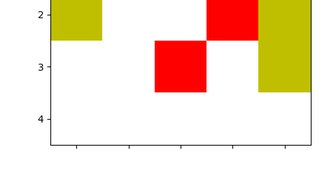
Repository: eduardodut/Trabalho_final_estatistica_cd
Script's output: python src/Simulador.py
These files come from the project's save history. The script's output is drawn as it stood at one moment and after the next save; the edit follows.
The pictures show rows 1214 to 3454 of an output 1464 px tall, at 70% of full size.
Each picture stacks the figures in order, with grey between them; figures that are only written to a file come last. The script is stopped after its 8th figure. Random numbers start from a fixed seed.

Above is the script's output before, as saved 2020-07-12 15:21:16.

### src/Simulador.py
import pandas as pd
import numpy as np
from Matriz_esferica import Matriz_esferica
from Individuo import Individuo, Fabrica_individuo
import random
from itertools import permutations
import matplotlib.pyplot as plt
from matplotlib.colors import ListedColormap
from scipy.sparse import csr_matrix, lil_matrix




class Simulador():
    SADIO = 0
    INFECTADO_TIPO_1 = 1 #assintomáticos e o infectado inicial
    INFECTADO_TIPO_2 = 2 #sintomático
    CURADO = 3
    MORTO = 4

    def __init__(
        self,
        tamanho_matriz,                 #numero de linhas e colunas da matriz esférica
        percentual_inicial_tipo1,       #percentual inicial da população que será infectada tipo 1
        percentual_inicial_tipo2,       #percentual inicial da população que será infectada tipo 2
        chance_infeccao,                #chance que um infectado tipo 2 tem de infectar um indivíduo saudável
        chance_infeccao_tipo2,          #chance de um indivíduo infectado se tornar contagioso
        chance_morte,                   #chance de um indivíduo tipo 2 morrer ao fim de uma atualização
        atualizacoes_cura):             #número de atualizações necessárias para a cura de um indivíduo tipo 1 ou 2

        self.num_atualizacoes = 0
        self.lista_infectados_tipo_2 = []
        self.lista_infectados_tipo_1 = []
        self.num_curados = 0
        self.num_mortos = 0

        self.chance_infeccao = chance_infeccao
        self.chance_infeccao_tipo2 = chance_infeccao_tipo2
        self.chance_morte = chance_morte
        self.atualizacoes_cura = atualizacoes_cura

        self.populacao_inicial = int(tamanho_matriz**2)
        self.num_inicial_tipo2 = int(self.populacao_inicial * percentual_inicial_tipo2)
        self.num_inicial_tipo1 = 1 + int(self.populacao_inicial * percentual_inicial_tipo1)
        self.num_inicial_sadios = self.populacao_inicial - (self.num_inicial_tipo2 + self.num_inicial_tipo1)

        self.matriz_status =lil_matrix((tamanho_matriz, tamanho_matriz),dtype= np.uint8) # np.zeros((tamanho_matriz, tamanho_matriz),dtype= np.uint8)#
        self.matriz_atualizacoes_cura = lil_matrix((tamanho_matriz, tamanho_matriz),dtype= np.uint8)#np.zeros((tamanho_matriz, tamanho_matriz),dtype= np.uint8)#



        #self.matriz_status = self.df_individuos.to_numpy()
        self.popular(tamanho_matriz)

        self.lista_matrizes_status = []


        #objeto que é responsável por validar a movimentação no grid n x n
        self.matriz_esferica = Matriz_esferica(tamanho_matriz)




        dict = {
                'num_sadios':self.num_inicial_sadios,
                'num_infect_t1':self.num_inicial_tipo1,
                'num_infect_t2':self.num_inicial_tipo2,
                'num_curados':0,
                'num_mortos':0}



        #dataframe que guardará os resultados de cada atualização
        self.dataframe = pd.DataFrame(dict,index = [0])
        self.salvar_posicionamento()


    def criar_individuo(self, status, posicao):

        self.matriz_status[posicao[0], posicao[1]] = status
        if status == self.INFECTADO_TIPO_1 or status == self.INFECTADO_TIPO_2:
            self.matriz_atualizacoes_cura[posicao[0], posicao[1]] = self.atualizacoes_cura
        else:
            self.matriz_atualizacoes_cura[posicao[0], posicao[1]] = 0


    def salvar_posicionamento(self):

        self.lista_matrizes_status.append(self.matriz_status)


    def verificar_infeccao(self, lista_infectantes):
        lista_novos_infectados_tipo1 = []
        lista_novos_infectados_tipo2 = []
        #itera sobre sobre a lista de individuos que infectam e cada um realiza a tividade de infectar
        for indice_infectante in lista_infectantes:

            #busca os vizinhos do infectante atual
            lista_vizinhos = self.matriz_esferica.get_vizinhos(indice_infectante)

            #Para cada vizinho, se ele for sadio, é gerado um número aleatório para verificar se foi infectado
            for indice_vizinho in lista_vizinhos:

                #verificação de SADIO
                if self.verifica_status(indice_vizinho) == self.SADIO:
                    #verificação do novo status
                    novo_status = self.infectar(chance_infeccao, chance_infeccao_tipo2)
                    #se for um infectado tipo 1
                    if novo_status == Individuo.INFECTADO_TIPO_1:
                        #adiciona na lista de novos tipo 1
                        lista_novos_infectados_tipo1.append(indice_vizinho)
                    if novo_status == Individuo.INFECTADO_TIPO_2:
                        #adiciona na lista de novos tipo 2
                        lista_novos_infectados_tipo2.append(indice_vizinho)


        return lista_novos_infectados_tipo1, lista_novos_infectados_tipo2

    def checagem_morte_individual(self, chance_morte):
        rng_morte = random.random()
        if rng_morte <= chance_morte:

            return self.MORTO
        else:
            return self.INFECTADO_TIPO_2

    def checar_cura_individual(self, indice):

        self.matriz_atualizacoes_cura[indice[0], indice[1]] = self.matriz_atualizacoes_cura[indice[0], indice[1]] - 1
        if self.matriz_atualizacoes_cura[indice[0], indice[1]] == 0:
            return self.CURADO
        else:
            return self.matriz_status[indice[0], indice[1]]

    def checagem_morte_lista(self, lista_infectantes):
        lista_mortos = []
        for indice_infectante in lista_infectantes:
            novo_status = self.checagem_morte_individual(self.chance_morte)
            if novo_status == Individuo.MORTO:
                lista_mortos.append(indice_infectante)
        return lista_mortos


    def checagem_cura_lista(self, lista_infectantes):
        lista_curados = []
        for indice_infectante in lista_infectantes:
            novo_status = self.checar_cura_individual(indice_infectante)
            if novo_status == Individuo.CURADO:
                lista_curados.append(indice_infectante)

        return lista_curados




    def iterar(self):

        #Verifica os novos infectados por infectantes do tipo 1 e 2
        #print(self.lista_infectados_tipo_1+self.lista_infectados_tipo_2)
        lista_novos_infectados_tipo1, lista_novos_infectados_tipo2 = self.verificar_infeccao(self.lista_infectados_tipo_1+self.lista_infectados_tipo_2)

        for indice in lista_novos_infectados_tipo1:
            self.criar_individuo(self.INFECTADO_TIPO_1, indice)
        for indice in lista_novos_infectados_tipo2:
            self.criar_individuo(self.INFECTADO_TIPO_2, indice)


        #Verifica morte dos infectados tipo 2
        lista_mortos = self.checagem_morte_lista(self.lista_infectados_tipo_2)
        #retira os indices dos individuos mortos da lista de infectados
        self.lista_infectados_tipo_2 = [indice for indice in self.lista_infectados_tipo_2 if indice not in lista_mortos]
        #Instancia individuos mortos na matriz
        for indice in lista_mortos:
            self.criar_individuo(self.MORTO, indice)
        #atualiza o número de mortos na matriz
        #self.num_mortos = self.num_mortos + len(lista_mortos)

        #Verifica cura dos infectados tipo 1
        lista_curados_t1 = self.checagem_cura_lista(self.lista_infectados_tipo_1)

        #Verifica cura dos infectados tipo 2
        lista_curados_t2 = self.checagem_cura_lista(self.lista_infectados_tipo_2 )

        #Instancia individuos mortos na matriz
        for indice in lista_curados_t1+lista_curados_t2:
            self.criar_individuo(self.CURADO, indice)

        #atualiza o número de curados na matriz
        #self.num_curados = self.num_curados + len(lista_curados_t1 + lista_curados_t2)


        #Atualiza a lista de infectados após a cura dos individuos
        self.lista_infectados_tipo_1 = [indice for indice in self.lista_infectados_tipo_1 if indice not in lista_curados_t1]
        self.lista_infectados_tipo_2 = [indice for indice in self.lista_infectados_tipo_2 if indice not in lista_curados_t2]

        #movimentação
        for indice in self.lista_infectados_tipo_1+self.lista_infectados_tipo_2:
            self.mover_infectante(indice)


        self.lista_infectados_tipo_1 = []
        self.lista_infectados_tipo_2 = []
        # matriz_infectantes = self.matriz_status[self.matriz_status > 0]
        # matriz_infectantes = matriz_infectantes[matriz_infectantes < 3]
        indices_nao_sadios = zip(*self.matriz_status.nonzero())
        self.num_curados = 0
        self.num_mortos = 0
        for indice in indices_nao_sadios:
            print("Indice ",indice)
            status = self.matriz_status[indice[0], indice[1]]
            if status == self.INFECTADO_TIPO_1:
                self.lista_infectados_tipo_1.append(indice)
            if status == self.INFECTADO_TIPO_2:
                self.lista_infectados_tipo_2.append(indice)
            if status == self.CURADO:
                self.num_curados +=1
            if status == self.MORTO:
                self.num_mortos +=1



        dict = {'num_sadios': self.populacao_inicial,
                'num_infect_t1': len(self.lista_infectados_tipo_1),
                'num_infect_t2': len(self.lista_infectados_tipo_2),
                'num_curados': self.num_curados,
                'num_mortos': self.num_mortos}

        self.dataframe = self.dataframe.append(dict, ignore_index=True)

        self.salvar_posicionamento()

        #adiciona 1 ao número de atualizações realizadas na matriz
        self.num_atualizacoes +=1

    def infectar(self, chance_infeccao, chance_infeccao_tipo2):
        saida = Individuo.SADIO

        #número aleatório para chance de infectar o vizinho
        rng_infeccao = random.random()
        if rng_infeccao <= chance_infeccao:
            #número aleatório para chance de infecção tipo 1 ou 2
            rng_infeccao_tipo2 = random.random()
            if rng_infeccao_tipo2 <= chance_infeccao_tipo2:
                saida = Individuo.INFECTADO_TIPO_2
            else:
                saida = Individuo.INFECTADO_TIPO_1
        return saida

    def popular(self, tamanho_matriz):

        #lista de possíveis combinações de índices da matriz de dados
        permutacoes = permutations(list(range(tamanho_matriz)),2)
        #conversão para lista de tuplas(x,y)
        lista_indices = list(permutacoes)
        #embaralhamento dos índices
        random.shuffle(lista_indices)

        #cria o primeiro tipo1:
        indice = lista_indices.pop()
        self.criar_individuo(Individuo.INFECTADO_TIPO_1, indice)
        self.lista_infectados_tipo_1.append(indice)
        #cria o restante dos tipos 1
        for i in range(1,self.num_inicial_tipo1):
            indice = lista_indices.pop()
            self.criar_individuo(Individuo.INFECTADO_TIPO_1,indice)
            self.lista_infectados_tipo_1.append(indice)
        #cria o restante dos tipo 2:
        for indice in range(self.num_inicial_tipo2):
            indice = lista_indices.pop()
            self.criar_individuo(Individuo.INFECTADO_TIPO_2,indice)
            self.lista_infectados_tipo_2.append(indice)

    def trocar(self,matriz,ponto_ini,ponto_final):
        x_ini = ponto_ini[0]
        y_ini = ponto_ini[1]
        x_fin = ponto_final[0]
        y_fin = ponto_final[1]

        aux = matriz[x_fin,y_fin]
        matriz[x_fin,y_fin] = matriz[x_ini,y_ini]
        matriz[x_ini,y_ini] = aux


    def verifica_status(self, indice):
        return self.matriz_status[indice[0], indice[1]]

    def mover_infectante(self, posicao_inicial):
        pos_x, pos_y = posicao_inicial[0], posicao_inicial[1]
        rng_posicao = random.random()
        if rng_posicao <=0.25:
            #move pra cima
            pos_x -= 1
        elif rng_posicao <=0.5:
            #move pra baixo
            pos_x += 1
        elif rng_posicao <=0.75:
            #move para esquerda
            pos_y -= 1
        else:
            #move para direita
            pos_y += 1

        posicao_final= self.matriz_esferica.valida_ponto_matriz(pos_x, pos_y)


        self.trocar(self.matriz_status, posicao_inicial, posicao_final)
        self.trocar(self.matriz_atualizacoes_cura, posicao_inicial, posicao_final)
        return posicao_final






chance_infeccao = 0.3
chance_infeccao_tipo2 = 0.3
chance_morte = 0.1
atualizacoes_cura = 10
percentual_inicial_tipo1 = 0.0
percentual_inicial_tipo2 = 0.0


sim = Simulador(
    5,
    percentual_inicial_tipo1,
    percentual_inicial_tipo2,
    chance_infeccao,
    chance_infeccao_tipo2,
    chance_morte,atualizacoes_cura)

#print(sim.lista_matrizes_posicionamento[0])
#print(sim.lista_infectados_tipo_2)
#print(sim.lista_infectados_tipo_1)
cmap = ListedColormap(['w', 'y', 'r', 'blue', 'black'])


#while (sim.dataframe.iloc[-1]['num_infect_t1']+sim.dataframe.iloc[-1]['num_infect_t2']) > 0:
    #plt.matshow(sim.matriz_status.toarray(), cmap = cmap, vmin= 0, vmax = 4)
 #   print(sim.dataframe.iloc[-1])
    #sim.iterar()
    #print(sim.dataframe.iloc[-1])
    #print("xxxxxxxxxxxxxxxxxTipo: ",type(sim.lista_matrizes_posicionamento[len(sim.lista_matrizes_posicionamento)-1].toarray()))

#print(sim.dataframe)
#plt.show()
for i in range(3):
    plt.matshow(sim.lista_matrizes_status[i].toarray(), cmap = cmap, vmin= 0, vmax = 4)
    sim.iterar()
print(sim.dataframe)
plt.show()

### src/Matriz_esferica.py

import random

class Matriz_esferica():

    def __init__(self, tamanho):
        self.tamanho = tamanho

    def get_vizinho_esquerda(self, indice_x: int, indice_y: int):
        return self.checa_limite_matriz(indice_x), self.checa_limite_matriz(indice_y -1)

    def get_vizinho_direita(self, indice_x: int, indice_y: int):
        return self.checa_limite_matriz(indice_x), self.checa_limite_matriz(indice_y + 1)

    def get_vizinho_cima(self, indice_x: int, indice_y: int):
        return self.checa_limite_matriz(indice_x - 1), self.checa_limite_matriz(indice_y)

    def get_vizinho_baixo(self, indice_x: int, indice_y: int):
        return self.checa_limite_matriz(indice_x + 1), self.checa_limite_matriz(indice_y)

    def get_vizinhos(self, indice):
        indice_x = indice[0]
        indice_y = indice[1]
        return self.get_vizinho_cima(indice_x,indice_y), self.get_vizinho_baixo(indice_x,indice_y),  self.get_vizinho_esquerda(indice_x,indice_y), self.get_vizinho_direita(indice_x,indice_y)

    def checa_limite_matriz(self, indice):

        if indice < 0:
            return self.tamanho + indice
        elif indice > self.tamanho - 1:
            return indice - self.tamanho
        else:
            return indice

    def valida_ponto_matriz(self, indice_x: int, indice_y: int):

        return self.checa_limite_matriz(indice_x), self.checa_limite_matriz(indice_y)

    #devolve um ponto aleatório vizinho da matriz a partir do ponto especificado em uma das 8 direções
    def passo(self, indice_x: int, indice_y: int, tamanho_max_passo: int):

        passo_x = tamanho_max_passo if random.random() >=0.5 else -tamanho_max_passo
        passo_y = tamanho_max_passo if random.random() >=0.5 else -tamanho_max_passo
        return self.checa_limite_matriz(indice_x + passo_x), self.checa_limite_matriz(indice_y + passo_y)

### src/Individuo.py
import random

class Individuo():

    SADIO = 0
    INFECTADO_TIPO_1 = 1 #assintomáticos e o infectado inicial
    INFECTADO_TIPO_2 = 2 #sintomático
    CURADO = 3
    MORTO = 4

    def __init__(
        self,
        status,
        atualizacoes_cura,
        posicao):

        self.status = status
        self.atualizacoes_cura = atualizacoes_cura
        self.posicao = posicao
    # def __repr__(self):
    #     return  str(self.status)




    def infectar(self, chance_infeccao, chance_infeccao_tipo2):
        saida = Individuo.SADIO
        if (self.status == Individuo.INFECTADO_TIPO_2 or self.status == Individuo.INFECTADO_TIPO_1):
            #número aleatório para chance de infectar o vizinho
            rng_infeccao = random.random()
            if rng_infeccao <= chance_infeccao:
                #número aleatório para chance de infecção tipo 1 ou 2
                rng_infeccao_tipo2 = random.random()
                if rng_infeccao_tipo2 <= chance_infeccao_tipo2:
                    saida = Individuo.INFECTADO_TIPO_2
                else:
                    saida = Individuo.INFECTADO_TIPO_1



        return saida

    def checagem_morte(self, chance_morte):

        if self.status == Individuo.INFECTADO_TIPO_2:
            rng_morte = random.random()
            if rng_morte <= chance_morte:
                self.status = Individuo.MORTO
                return self.status

        return self.checagem_cura()

    def checagem_cura(self):
        if self.status == Individuo.INFECTADO_TIPO_2 or self.status == Individuo.INFECTADO_TIPO_1:
            self.atualizacoes_cura = self.atualizacoes_cura - 1

            if self.atualizacoes_cura == 0:
                self.status = Individuo.CURADO

        return self.status



class Fabrica_individuo():

    def __init__(
        self,
        atualizacoes_cura):             #número de atualizações necessárias para a cura de um indivíduo tipo 1 ou 2

        self.atualizacoes_cura = atualizacoes_cura

    def criar_individuo(self, status_inicial, posicao):

        return Individuo(
            status_inicial,
            self.atualizacoes_cura,
            posicao)

After the next save:
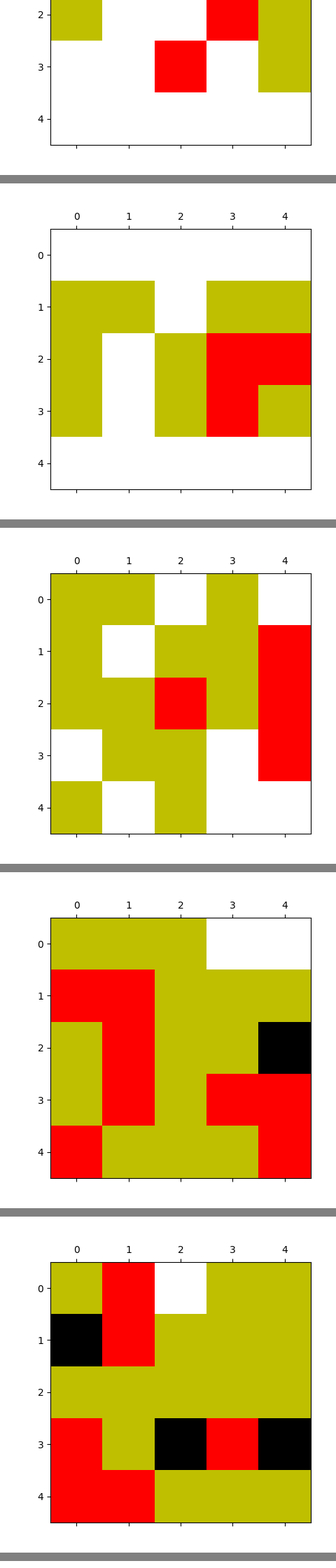
Saved 19 s later.
--- a/src/Simulador.py
+++ b/src/Simulador.py
@@ -343,7 +343,7 @@ cmap = ListedColormap(['w', 'y', 'r', 'blue', 'black'])
 
 #print(sim.dataframe)
 #plt.show()
-for i in range(3):
+for i in range(10):
     plt.matshow(sim.lista_matrizes_status[i].toarray(), cmap = cmap, vmin= 0, vmax = 4)
     sim.iterar()
 print(sim.dataframe)
